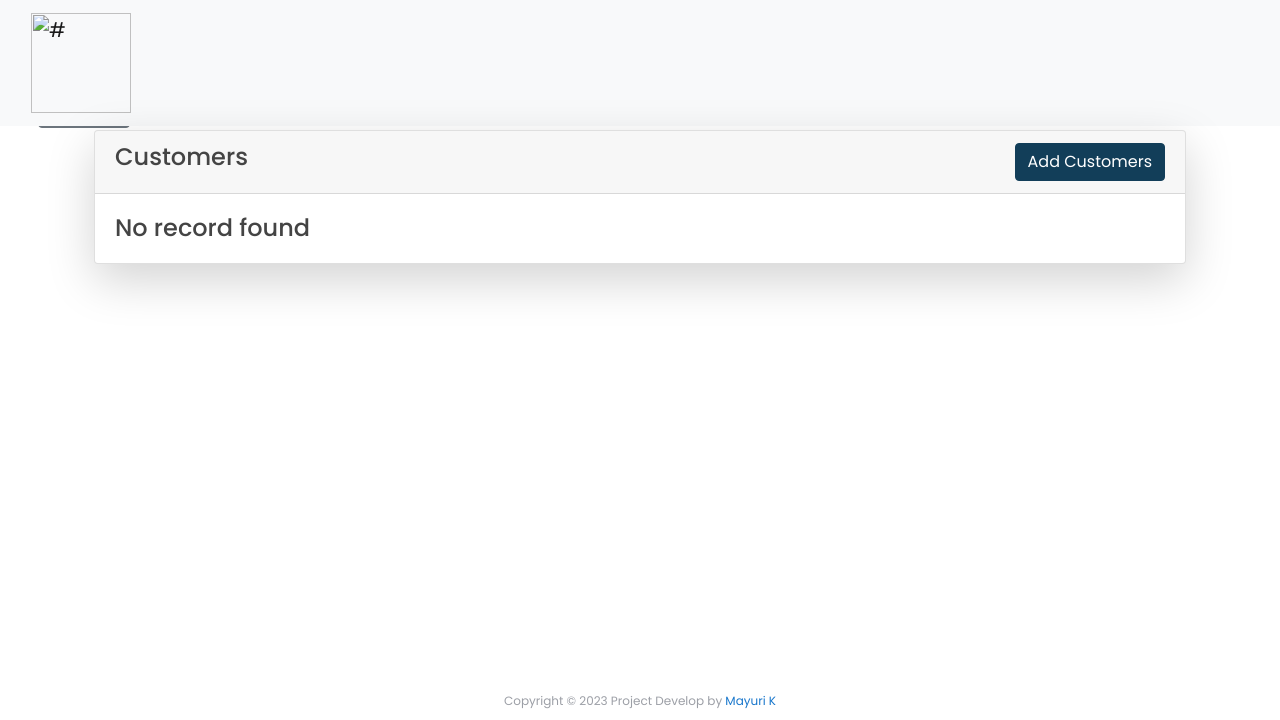
Repository: JyrossC/POS-PHP
Page: http://localhost/customer/customers.php
The author's editor kept a copy of each file at every save. The page is drawn from the files as they stood at one save, then again after the next save.
The browser window is 1280 px wide. The pictures show the whole page.
Some web fonts or font styles are not loaded; a fallback is used. The page is run by PHP 8.4 with error messages shown; the project is at /var/www/html/. Other server files are loaded and not shown. Queries for data that is not in the repository find no rows.

Above is the page before, as saved 2024-08-24 14:59:20.

### POS System/customer/customers.php
<?php

include('../header.php');
include('function.php');
include('header1.php');
include('navbar.php');



?>

<div class=" mt-5 py-3" style="margin-left: 3%; text-decoration: none;" >
    <button type="button" class="btn btn-secondary" style="margin-top: -100px;" >
        <a href="../index.php" style="text-decoration: none; color:antiquewhite; ">Go Back</a>
    </button>
</div>

<div class="container px-4" style="margin-top: -100px;" >
    <div class="card mt-4 shadow-lg">
        <div class="card-header">
            <h4 class="mb-0">Customers
                <a href="add-customer.php" class="btn btn-primary float-end">Add Customers</a>
            </h4>
        </div>
        <div class="card-body">
            <?php alertMessage(); ?>

            <?php
                $customers = getAll('customers');
                if(!$customers){
                    echo '<h4>Something Went Wrong</h4>';
                    return false;
                }
                if(mysqli_num_rows($customers) > 0)
                {


            ?>

            <div class="table-responsive">
                <table class="table table-striped table-bordered">
                    <thead>
                        <tr>
                            <th>ID</th>
                            <th>Name</th>
                            <!-- <th>Email</th> -->
                            <th>Phone</th>
                            <!-- <th>image</th> -->
                            <th>Status</th>
                            <th>Action</th>
                        </tr>
                    </thead>
                    <tbody>

                        <?php foreach($customers as $item) : ?>
                        <tr>
                            <td><?=$item['id']; ?></td>
                            <td><?=$item['name']; ?></td>
                            <!-- <td><?=$item['email']; ?></td> -->
                            <td><?=$item['phone']; ?></td>
                            <!-- <td><?=$item['image']; ?></td> -->

                            <td class="justify-content-center">
                                <?php
                                   if($item['status'] == 1 )
                                   {
                                    echo '<span class="badge bg-danger">Hidden</span>';
                                   }
                                   else
                                   {
                                    echo '<span class="badge bg-success">Visible</span>';
                                   }
                                ?>

                            </td>
                            <td>
                                <a href="edit-customer.php?id=<?= $item['id']; ?>" class="btn btn-primary btn-sm">Edit</a>
                                <a href="delete-customer.php?id=<?= $item['id']; ?>" class="btn btn-danger btn-sm">Delete</a>
                            </td>
                        </tr>
                        <?php endforeach; ?>

                    </tbody>
                </table>
            </div>


            <?php
                        }
                        else
                        {
                            ?>
                            <tr>
                                <h4 class="mb-0">No record found</h4>
                            </tr>
                            <?php
                        }
                        ?>


        </div>
    </div>

    </div>
</div>

<!-- <div class="footer">
    <footer>
            <div class="row">
                <div class="col-4">
                <div class="card">
                    <div class="card-body">

                    </div>
                </div>
            </div>
        </div>
    </footer>
</div> -->

### POS System/header.php
  <link rel="icon" type="image/x-icon" href="assets/uploads/fav.png">
  <meta content="" name="descriptison">
  <meta content="" name="keywords">



  <!-- Google Fonts -->
  <link href="https://fonts.googleapis.com/css?family=Open+Sans:300,300i,400,400i,600,600i,700,700i|Raleway:300,300i,400,400i,500,500i,600,600i,700,700i|Poppins:300,300i,400,400i,500,500i,600,600i,700,700i" rel="stylesheet">
    <link rel="stylesheet" href="assets/font-awesome/css/all.min.css">
    <link href="https://cdn.jsdelivr.net/npm/bootstrap@5.1.3/dist/css/bootstrap.min.css" rel="stylesheet" integrity="sha384-1BmE4kWBq78iYhFldvKuhfTAU6auU8tT94WrHftjDbrCEXSU1oBoqyl2QvZ6jIW3" crossorigin="anonymous">
<!--  Orginal Author Name: Mayuri K.
 for any PHP, Codeignitor, Laravel OR Python work contact me at mayuri.infospace@gmail.com
 Visit website : www.mayurik.com -->

  <!-- Vendor CSS Files -->
  <link href="assets/vendor/bootstrap/css/bootstrap.min.css"  rel="stylesheet">
  <link href="assets/vendor/icofont/icofont.min.css" rel="stylesheet">
  <link href="assets/vendor/boxicons/css/boxicons.min.css" rel="stylesheet">
  <link href="assets/vendor/venobox/venobox.css" rel="stylesheet">
  <link href="assets/vendor/animate.css/animate.min.css" rel="stylesheet">
  <link href="assets/vendor/remixicon/remixicon.css" rel="stylesheet">
  <link href="assets/vendor/owl.carousel/assets/owl.carousel.min.css" rel="stylesheet">
  <link href="assets/vendor/bootstrap-datepicker/css/bootstrap-datepicker.min.css" rel="stylesheet">
  <link href="assets/DataTables/datatables.min.css" rel="stylesheet">
  <link href="assets/css/jquery.datetimepicker.min.css" rel="stylesheet">
  <link href="assets/css/select2.min.css" rel="stylesheet">


  <!-- Template Main CSS File -->
  <link href="assets/css/style.css" rel="stylesheet">
  <link type="text/css" rel="stylesheet" href="assets/css/jquery-te-1.4.0.css">

  <script src="assets/vendor/jquery/jquery.min.js"></script>
  <script src="assets/DataTables/datatables.min.js"></script>
  <script src="assets/vendor/bootstrap/js/bootstrap.bundle.min.js" defer></script>
  <script src="assets/vendor/jquery.easing/jquery.easing.min.js"></script>
  <script src="assets/vendor/php-email-form/validate.js"></script>
  <script src="assets/vendor/venobox/venobox.min.js"></script>
  <script src="assets/vendor/waypoints/jquery.waypoints.min.js"></script>
  <script src="assets/vendor/counterup/counterup.min.js"></script>
  <script src="assets/vendor/owl.carousel/owl.carousel.min.js"></script>
  <script src="assets/vendor/bootstrap-datepicker/js/bootstrap-datepicker.min.js"></script>
    <script type="text/javascript" src="assets/js/select2.min.js"></script>
    <script type="text/javascript" src="assets/js/jquery.datetimepicker.full.min.js"></script>
    <script type="text/javascript" src="assets/font-awesome/js/all.min.js"></script>
  <script type="text/javascript" src="assets/js/jquery-te-1.4.0.min.js" charset="utf-8"></script>

### POS System/customer/function.php
<?php
session_start();

require"../db_connect.php";

//input field validation
function validate($inputData){
    global $conn;
    $validatedData = mysqli_real_escape_string($conn, $inputData);
    return trim($validatedData);
}

//Redirect URL within pages with message (status)
function redirect($url, $status){
$_SESSION['status'] = $status;
header('Location: '. $url);
exit(0);
}


//Display messages of status after any process
function alertMessage(){
    if(isset($_SESSION['status'])){

        echo '<div class="alert alert-warning alert-dismissible fade show" role="alert">
            <h6>'. $_SESSION['status'] . '</h6>
            <button type="button" class="btn-close" data-bs-dismiss="alert" aria-label="Close"></button>
        </div>';
        unset($_SESSION['status']);
    }
}


//Insert  record into database function
function insert($tableName, $data){
    global $conn;

    $table = validate($tableName);

    $columns = array_keys($data);
    $values = array_values($data);

    $finalColumn= implode(', ', $columns);
    $finalValues = "'" .implode("', '", $values)."'";

    $query = "INSERT INTO $table ( $finalColumn) VALUES ($finalValues)";
    $result = mysqli_query($conn, $query);
    return $result;
}

//Update records into database function
function update($tableName, $id, $data){

    global $conn;

    $table = validate($tableName);
    $id = validate($id);

    $updateDataString = "";

    foreach($data as $column => $value){
        $updateDataString .= $column .'='. "'$value',";
        $finalUpdateData = substr(trim($updateDataString),0,-1);

        $query= "UPDATE $table SET $finalUpdateData WHERE id = '$id'";
        $result = mysqli_query($conn, $query);
        return $result;

    }
}
//Get all data  from database function
function getAll($tableName, $status = NULL){
        global $conn;
        $table = validate($tableName);
        $status = validate($status);

        if($status == 'status'){
            $query = "SELECT * FROM $table WHERE $status = '0'";
        }
        else
        {
            $query = "SELECT * FROM $table";
        }
        return mysqli_query($conn, $query);

    }

function getById($tableName, $id){
        global $conn;
        $table = validate($tableName);
        $id = validate($id);

        $query = "SELECT * FROM $table WHERE id = '$id' LIMIT 1";
        $result = mysqli_query($conn, $query);

        if($result){

            if(mysqli_num_rows($result) == 1){
                // $row = mysqli_fetch_array($result, MYSQLI_ASSOC);
                $row = mysqli_fetch_assoc($result);
                $response = [
                    'status' =>'200',
                    'data' =>$row,
                    'message' =>'Successfully fetched results'
                ];
                return $response;

            }else{
                $response = [
                    'status' =>'404',
                    'message' =>'No Data Found'
                ];
            }
        }
        else{
            $response = [
                'status' =>'500',
                'message' =>'Something went wrong'
            ];
        }

}


//Deleting data from database function
function delete($tableName, $id){

        global $conn;

        $table = validate($tableName);
        $id = validate($id);

        $query = "DELETE FROM  $table  WHERE  id = '$id' LIMIT  1";
        $result = mysqli_query($conn, $query);
        return $result;
}

//Check Parameter Function
function checkParamId($type)
{

    if(isset($_GET[$type]))
    {
        if($_GET[$type] != '')
        {
            return $_GET[$type];
        }
        else
        {
            return '<h5>No Id is Found</h5>';
        }
    }
    else
    {
        return '<h5>No Id is Given</h5>';
    }
}

//Log Out Function
function logoutSession(){
    unset( $_SESSION['loggedIn'] );
    unset( $_SESSION['loggedInUser'] );
}
?>

### POS System/db_connect.php
<?php

$conn= new mysqli('localhost','root','','kruxton')or die("Could not connect to mysql".mysqli_error($con));

### POS System/customer/header1.php
<link rel="icon" type="image/x-icon" href="assets/uploads/fav.png">
  <meta content="" name="descriptison">
  <meta content="" name="keywords">



  <!-- Google Fonts -->
  <link href="https://fonts.googleapis.com/css?family=Open+Sans:300,300i,400,400i,600,600i,700,700i|Raleway:300,300i,400,400i,500,500i,600,600i,700,700i|Poppins:300,300i,400,400i,500,500i,600,600i,700,700i" rel="stylesheet">
    <link rel="stylesheet" href="assets/font-awesome/css/all.min.css">
    <link href="https://cdn.jsdelivr.net/npm/bootstrap@5.1.3/dist/css/bootstrap.min.css" rel="stylesheet" integrity="sha384-1BmE4kWBq78iYhFldvKuhfTAU6auU8tT94WrHftjDbrCEXSU1oBoqyl2QvZ6jIW3" crossorigin="anonymous">


  <!-- Vendor CSS Files -->
  <link href="assets/vendor/bootstrap/css/bootstrap.min.css"  rel="stylesheet">
  <link href="assets/vendor/icofont/icofont.min.css" rel="stylesheet">
  <link href="assets/vendor/boxicons/css/boxicons.min.css" rel="stylesheet">
  <link href="assets/vendor/venobox/venobox.css" rel="stylesheet">
  <link href="assets/vendor/animate.css/animate.min.css" rel="stylesheet">
  <link href="assets/vendor/remixicon/remixicon.css" rel="stylesheet">
  <link href="assets/vendor/owl.carousel/assets/owl.carousel.min.css" rel="stylesheet">
  <link href="assets/vendor/bootstrap-datepicker/css/bootstrap-datepicker.min.css" rel="stylesheet">
  <link href="assets/DataTables/datatables.min.css" rel="stylesheet">
  <link href="assets/css/jquery.datetimepicker.min.css" rel="stylesheet">
  <link href="assets/css/select2.min.css" rel="stylesheet">


  <!-- Template Main CSS File -->
  <link href="assets/css/style.css" rel="stylesheet">
  <link type="text/css" rel="stylesheet" href="assets/css/jquery-te-1.4.0.css">

  <script src="assets/vendor/jquery/jquery.min.js"></script>
  <script src="assets/DataTables/datatables.min.js"></script>
  <script src="assets/vendor/bootstrap/js/bootstrap.bundle.min.js" defer></script>
  <script src="assets/vendor/jquery.easing/jquery.easing.min.js"></script>
  <script src="assets/vendor/php-email-form/validate.js"></script>
  <script src="assets/vendor/venobox/venobox.min.js"></script>
  <script src="assets/vendor/waypoints/jquery.waypoints.min.js"></script>
  <script src="assets/vendor/counterup/counterup.min.js"></script>
  <script src="assets/vendor/owl.carousel/owl.carousel.min.js"></script>
  <script src="assets/vendor/bootstrap-datepicker/js/bootstrap-datepicker.min.js"></script>
    <script type="text/javascript" src="assets/js/select2.min.js"></script>
    <script type="text/javascript" src="assets/js/jquery.datetimepicker.full.min.js"></script>
    <script type="text/javascript" src="assets/font-awesome/js/all.min.js"></script>
  <script type="text/javascript" src="assets/js/jquery-te-1.4.0.min.js" charset="utf-8"></script>

### POS System/customer/navbar.php


<nav class="navbar navbar-light bg-light">
  <div class="container-fluid">
    <a class="navbar-brand" href="#">
      <img src="" alt="#" width="100" height="100" class="d-inline-block align-text-top" style="margin-right: 15%;">
    </a>
    <div style="margin-right: 10%;" >
      <h5 class="text-success" >
        <?php echo isset($_SESSION['system']['name']) ? $_SESSION['system']['name'] : '' ?>
      </h5>
    </div>
  </div>
</nav>

Loaded but not shown: POS System/assets/font-awesome/css/all.min.css (library); POS System/assets/DataTables/datatables.min.css (library); POS System/assets/css/jquery.datetimepicker.min.css (library); POS System/assets/css/select2.min.css (library); POS System/assets/css/jquery-te-1.4.0.css (library); POS System/assets/DataTables/datatables.min.js (library); POS System/assets/js/select2.min.js (library); POS System/assets/js/jquery.datetimepicker.full.min.js (library); POS System/assets/js/jquery-te-1.4.0.min.js (library); POS System/assets/css/style.css (1743 lines, source omitted)

After the next save:
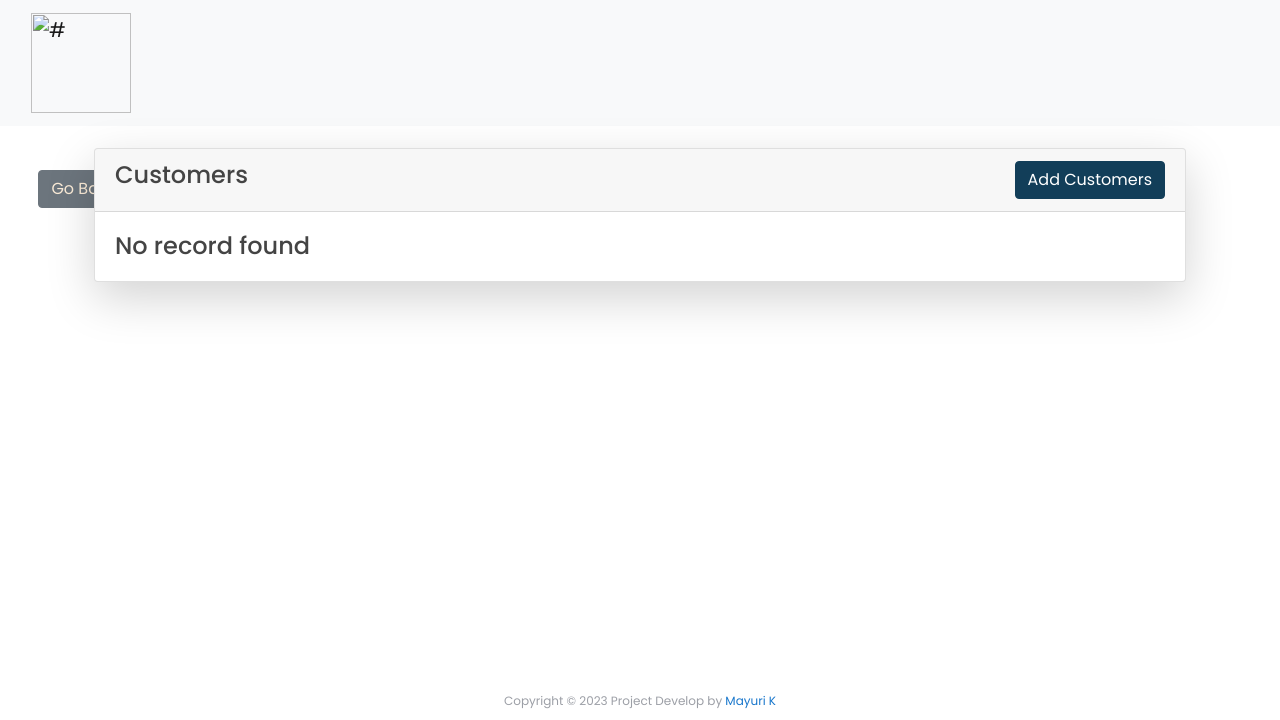
Saved 11 s later.
--- a/POS System/customer/customers.php
+++ b/POS System/customer/customers.php
@@ -10,7 +10,7 @@ include('navbar.php');
 ?>
 
 <div class=" mt-5 py-3" style="margin-left: 3%; text-decoration: none;" >
-    <button type="button" class="btn btn-secondary" style="margin-top: -100px;" >
+    <button type="button" class="btn btn-secondary" style="margin-top: -20px;" >
         <a href="../index.php" style="text-decoration: none; color:antiquewhite; ">Go Back</a>
     </button>
 </div>
